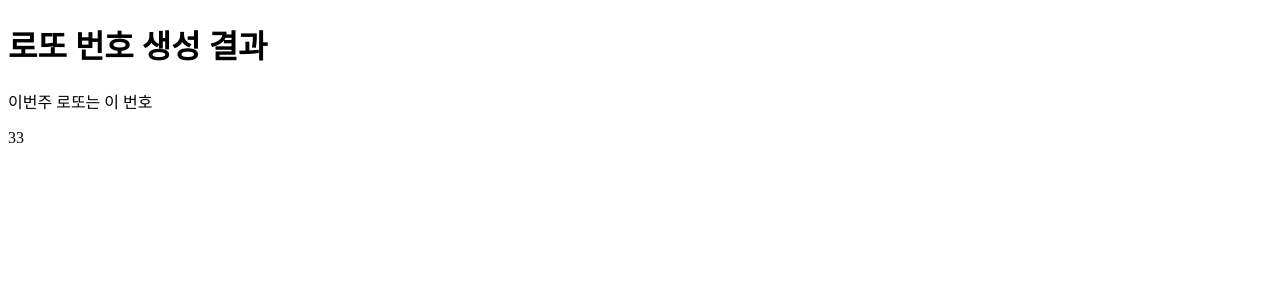
Repository: eyonghwan/jsp_practice
Page: http://localhost/JSPBasic/JspTag/TagQ03.jsp
The author's editor kept a copy of each file at every save. The page is drawn from the files as they stood at one save, then again after the next save.
The browser window is 1280 px wide. The pictures show the whole page.
The page is served by Tomcat 9.

Above is the page before, as saved 2022-02-03 01:09:47.

### JSPBasic/src/main/webapp/JspTag/TagQ03.jsp
<%@ page language="java" contentType="text/html; charset=UTF-8"
    pageEncoding="UTF-8"%>
<!DOCTYPE html>
<html>
<head>
<meta charset="UTF-8">
<title>Insert title here</title>
</head>
<body>
	<h1>로또 번호 생성 결과</h1>
	<p>이번주 로또는 이 번호</p>
	<% int num = (int)(Math.random()*45) + 1; %>
	<%= num %>
</body>
</html>

After the next save:
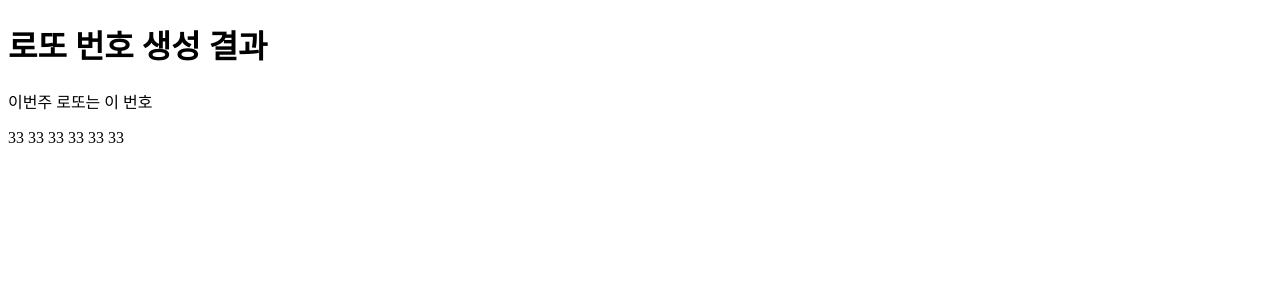
Saved 15 s later.
--- a/JSPBasic/src/main/webapp/JspTag/TagQ03.jsp
+++ b/JSPBasic/src/main/webapp/JspTag/TagQ03.jsp
@@ -10,6 +10,6 @@
 	<h1>로또 번호 생성 결과</h1>
 	<p>이번주 로또는 이 번호</p>
 	<% int num = (int)(Math.random()*45) + 1; %>
-	<%= num %>
+	<%= num %> <%= num %> <%= num %> <%= num %> <%= num %> <%= num %>
 </body>
 </html>
